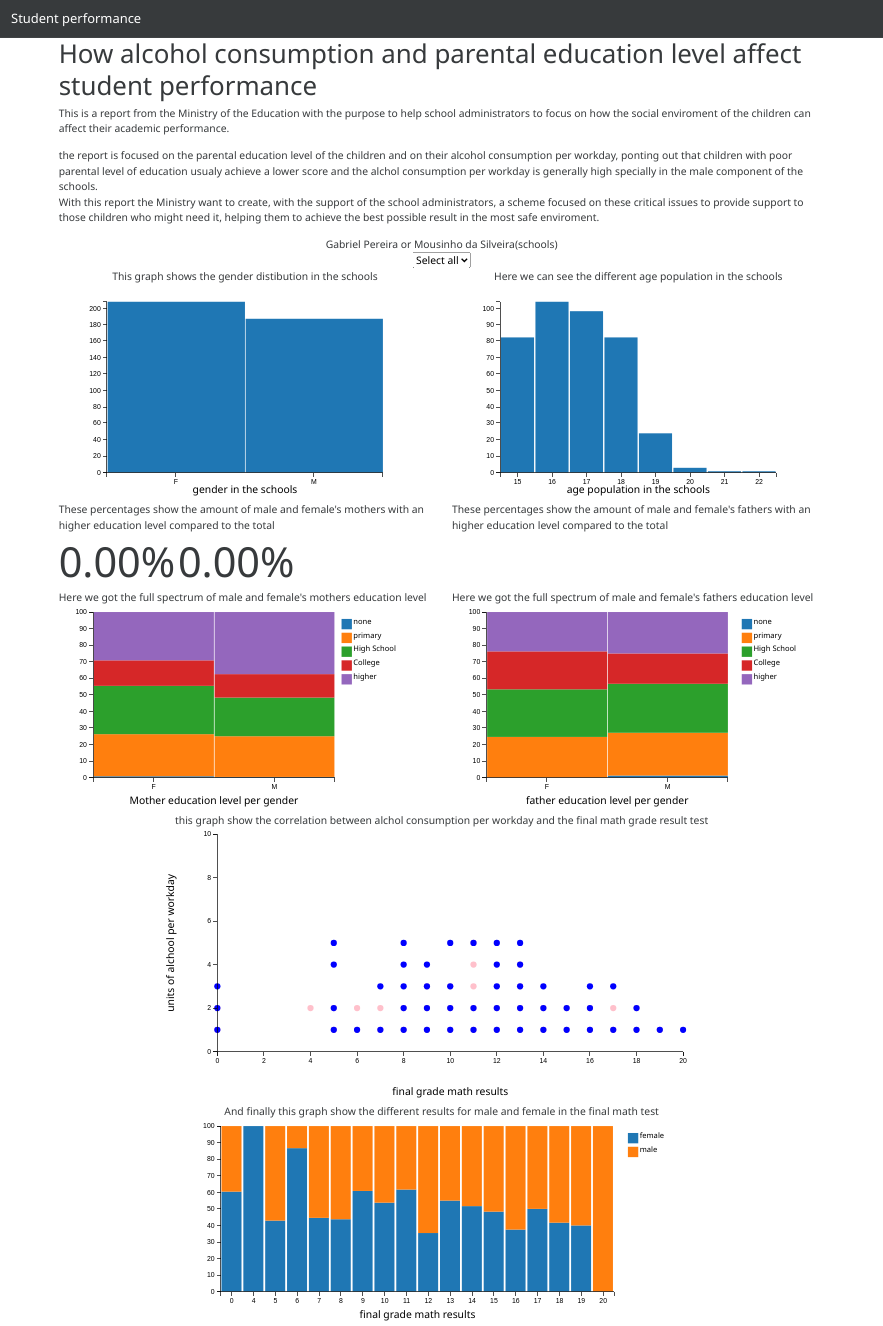
Repository: Baal89/second-milestone-project
Page: index.html
The author's editor kept a record of every edit. The page is drawn from the files as they stood at one moment, then again after the next edit.
The browser window is 1280 px wide. The pictures show the whole page, at 69% of full size.
Some web libraries are served in a nearby version.

Above is the page before.

### index.html
<!DOCTYPE html>
<html>

<head>
    <meta charset="UTF-8">
    <meta name="viewport" content="width=device-width, initial-scale=1.0">
    <meta http-equiv="X-UA-Compatible" content "ie=edge">
    <title>Student Performance</title>

    <link rel="stylesheet" href="static/css/bootstrap.min.css" type="text/css" />
    <link rel="stylesheet" href="static/css/dc.min.css" type="text/css" />
    <link rel="stylesheet" href="static/css/style.css" type="text/css" />

    <script type="text/javascript" src="static/js/d3.min.js"></script>
    <script type="text/javascript" src="static/js/crossfilter.min.js"></script>
    <script type="text/javascript" src="static/js/dc.min.js"></script>
    <script type="text/javascript" src="static/js/queue.min.js"></script>
    <script type="text/javascript" src="static/js/graph.js"></script>

</head>

<body>
    <nav class="navbar navbar-expand-lg navbar-dark bg-dark">
        <a class="navbar-brand" href="#">Student performance</a>
    </nav>

    <main>
        <article class="container">
            <header>
                <h1>How alcohol consumption and parental education level affect student performance</h1>
                <p>This is a report from the Ministry of the Education with the purpose to help school administrators to focus on how the social enviroment of the children can affect their academic performance.</p>
            </header>
            <p>the report is focused on the parental education level of the children and on their alcohol consumption per workday, ponting out that children with poor parental level of education usualy achieve a lower score and the alchol consumption per
                workday is generally high specially in the male component of the schools.<br> With this report the Ministry want to create, with the support of the school administrators, a scheme focused on these critical issues to provide support to
                those children who might need it, helping them to achieve the best possible result in the most safe enviroment.
            </p>
        </article>

        <section class="section">
            <div class="container">

                <div class="row">
                    <div class="col-12 col-md-12 text-center">Gabriel Pereira or Mousinho da Silveira(schools)</div>
                </div>
                <div class="row">
                    <div class="col-12 col-md-12 text-center" id="discipline-selector"></div>
                </div>
            </div>
        </section>


        <section class="section">
            <div class="container">

                <div class="row">
                    <div class="col-12 col-md-6 text-center">
                        <p>This graph shows the gender distibution in the schools</p>
                    </div>
                    <div class="col-12 col-md-6 text-center">
                        <p>Here we can see the different age population in the schools</p>
                    </div>
                </div>

                <div class="row">
                    <div class="col-12 col-md-6 text-center" id="sex-distribution"></div>
                    <div class="col-12 col-md-6 text-center" id="age-distribution"></div>
                </div>
            </div>
        </section>


        <section class="section">
            <div class="container">

                <div class="row">
                    <div class="col-6">These percentages show the amount of male and female's mothers with an higher education level compared to the total</div>
                    <div class="col-6">These percentages show the amount of male and female's fathers with an higher education level compared to the total</div>
                </div>
                <div class="row">
                    <div class="col-6">
                        <i class="fas fa-graduation-cap" aria-hidden="true"></i><span class="number-box" id="percentage-of-female-mother-higher-education"></span>
                        <i class="fas fa-graduation-cap" aria-hidden="true"></i><span class="number-box" id="percentage-of-male-mother-higher-education"></span>
                    </div>
                    <div class="col-6">
                        <div class="number-box" id="percentage-of-female-father-higher-education"></div>
                        <div class="number-box" id="percentage-of-male-father-higher-education"></div>
                    </div>
                </div>
            </div>
        </section>



        <section class="section">
            <div class="container">

                <div class="row">
                    <div class="col-md-6">Here we got the full spectrum of male and female's mothers education level</div>
                    <div class="col-md-6">Here we got the full spectrum of male and female's fathers education level</div>
                </div>
                <div class="row">
                    <div class="col-md-6" id="mother-education"></div>
                    <div class="col-md-6" id="father-education"></div>
                </div>
            </div>
        </section>


        <section class="section">
            <div class="container">

                <div class="row">
                    <div class="col-12 text-center">this graph show the correlation between alchol consumption per workday and the final math grade result test</div>
                </div>
                <div class="row">
                    <div class="col-12 text-center" id="workday-alcohol-graduation"></div>
                </div>
            </div>
        </section>


        <section class="section">
            <div class="container">

                <div class="row">
                    <div class="col-12 text-center">And finally this graph show the different results for male and female in the final math test</div>
                </div>
                <div class="row">
                    <div class="col-12 text-center" id="student-performance"></div>
                </div>
            </div>
        </section>

    </main>
</body>

</html>

### static/css/style.css
.number-box {
    font-size: 60px;
    text-align: center;
    line-height: normal;
}

### static/js/graph.js
queue()
    .defer(d3.csv, "data/student-mat.csv")
    .await(makeGraphs);

function makeGraphs(error, performanceData) {
    var ndx = crossfilter(performanceData);

    performanceData.forEach(function(d) {
        d.G3 = parseInt(d.G3);
    });

    show_discipline_selector(ndx);

    show_sex_distribution(ndx);
    show_age_distribution(ndx);
    show_mother_education(ndx);
    show_father_education(ndx);

    show_percent_higher_education(ndx, "F", "#percentage-of-female-mother-higher-education");
    show_percent_higher_education(ndx, "M", "#percentage-of-male-mother-higher-education");
    //show_percent_father_higher_education(ndx);

    show_performance_to_workday_alcohol_cosumption(ndx);

    show_student_performance(ndx);

    dc.renderAll();
}

function show_discipline_selector(ndx) {
    var dim = ndx.dimension(dc.pluck("discipline"));
    var group = dim.group();

    dc.selectMenu("#discipline-selector")
        .dimension(dim)
        .group(group);
}

function show_sex_distribution(ndx) {
    var dim = ndx.dimension(dc.pluck("sex"));
    var group = dim.group();

    dc.barChart("#sex-distribution")
        .width(500)
        .height(300)
        .margins({ top: 10, right: 50, bottom: 30, left: 50 })
        .dimension(dim)
        .group(group)
        .transitionDuration(500)
        .x(d3.scale.ordinal())
        .xUnits(dc.units.ordinal)
        .elasticY(true)
        .xAxisLabel("gender in the schools")
        .yAxis().ticks(10);
}

function show_age_distribution(ndx) {
    var dim = ndx.dimension(dc.pluck("age"));
    var group = dim.group();

    dc.barChart("#age-distribution")
        .width(500)
        .height(300)
        .margins({ top: 10, right: 50, bottom: 30, left: 50 })
        .dimension(dim)
        .group(group)
        .transitionDuration(500)
        .x(d3.scale.ordinal())
        .xUnits(dc.units.ordinal)
        .elasticY(true)
        .xAxisLabel("age population in the schools")
        .yAxis().ticks(10);
}

function show_mother_education(ndx) {

    function motherEducation(dimension, Medu) {
        return dimension.group().reduce(
            function(p, v) {
                p.total++;
                if (v.Medu == Medu) {
                    p.match++;
                }
                return p;
            },
            function(p, v) {
                p.total--;
                if (v.Medu == Medu) {
                    p.match--;
                }
                return p;
            },
            function() {
                return { total: 0, match: 0 };
            }
        );

    }
    var dim = ndx.dimension(dc.pluck("sex"));
    var noneMotherEducation = motherEducation(dim, "0");
    var firstMotherEducation = motherEducation(dim, "1");
    var secondaryMotherEducation = motherEducation(dim, "2");
    var secondaryGradeMotherEducation = motherEducation(dim, "3");
    var higherMotherEducation = motherEducation(dim, "4");


    dc.barChart("#mother-education")
        .width(500)
        .height(300)
        .dimension(dim)
        .group(noneMotherEducation, "none")
        .stack(secondaryGradeMotherEducation, "primary")
        .stack(secondaryMotherEducation, "High School")
        .stack(firstMotherEducation, "College")
        .stack(higherMotherEducation, "higher")
        .valueAccessor(function(d) {
            if (d.value.total > 0) {
                return (d.value.match / d.value.total) * 100;
            }
            else {
                return 0;
            }
        })
        .x(d3.scale.ordinal())
        .xUnits(dc.units.ordinal)
        .xAxisLabel("Mother education level per gender")
        .legend(dc.legend().x(410).y(20).itemHeight(15).gap(5))
        .margins({ top: 10, right: 100, bottom: 50, left: 50 });
}

function show_father_education(ndx) {

    function fatherEducation(dimension, Fedu) {
        return dimension.group().reduce(
            function(p, v) {
                p.total++;
                if (v.Fedu == Fedu) {
                    p.match++;
                }
                return p;
            },
            function(p, v) {
                p.total--;
                if (v.Fedu == Fedu) {
                    p.match--;
                }
                return p;
            },
            function() {
                return { total: 0, match: 0 };
            }
        );

    }
    var dim = ndx.dimension(dc.pluck("sex"));
    var noneFatherEducation = fatherEducation(dim, "0");
    var firstFatherEducation = fatherEducation(dim, "1");
    var secondaryFatherEducation = fatherEducation(dim, "2");
    var secondaryGradeFatherEducation = fatherEducation(dim, "3");
    var higherFatherEducation = fatherEducation(dim, "4");


    dc.barChart("#father-education")
        .width(500)
        .height(300)
        .dimension(dim)
        .group(noneFatherEducation, "none")
        .stack(secondaryGradeFatherEducation, "primary")
        .stack(secondaryFatherEducation, "High School")
        .stack(firstFatherEducation, "College")
        .stack(higherFatherEducation, "higher")
        .valueAccessor(function(d) {
            if (d.value.total > 0) {
                return (d.value.match / d.value.total) * 100;
            }
            else {
                return 0;
            }
        })
        .x(d3.scale.ordinal())
        .xUnits(dc.units.ordinal)
        .xAxisLabel("father education level per gender")
        .legend(dc.legend().x(420).y(20).itemHeight(15).gap(5))
        .margins({ top: 10, right: 100, bottom: 50, left: 50 });
}

function show_percent_higher_education(ndx, gender, element) {
    var percentageMotherHigherEducation = ndx.groupAll().reduce(
        function(p, v) {
            if (v.sex === gender) {
                p.count++;
                if(v.rank === "4") {
                    p.are_higher++;
                }
            }
            return p;
        },
        function(p, v) {
            if (v.sex === gender) {
                p.count--;
                if(v.rank === "4") {
                    p.are_higher--;
                }
            }
            return p;
        },
        function() {
            return {count: 0, are_higher: 0};
        },
    );
   dc.numberDisplay(element)
        .formatNumber(d3.format(".2%"))
        .valueAccessor(function (d) {
            if (d.count == 0) {
                return 0;
            } else {
                return (d.are_higher / d.count);
            }
        })
        .group(percentageMotherHigherEducation);
}

function show_performance_to_workday_alcohol_cosumption(ndx) {

    var genderColors = d3.scale.ordinal()
        .domain(["Female", "Male"])
        .range(["pink", "blue"]);

    var performanceDim = ndx.dimension(dc.pluck("G3"))
    var consumptionDim = ndx.dimension(function(d) {
        return [d.G3, d.Dalc, d.sex];
    });
    var workDayConsumptionGroup = consumptionDim.group();

    var minPerformance = performanceDim.bottom(1)[0].G3;
    var maxPerformance = performanceDim.top(1)[0].G3;

    dc.scatterPlot("#workday-alcohol-graduation")
        .width(800)
        .height(400)
        .x(d3.scale.linear().domain([minPerformance, maxPerformance]))
        .y(d3.scale.linear().domain([0, 10]))
        .brushOn(false)
        .symbolSize(8)
        .clipPadding(5)
        .xAxisLabel("")
        .title(function(d) {
            return "Work day Consumption: " + d.key[1] + " units";
        })
        .colors(genderColors)
        .colorAccessor(function(d) {
            return d.key[2];
        })
        .dimension(consumptionDim)
        .group(workDayConsumptionGroup)
        .xAxisLabel("final grade math results")
        .yAxisLabel("units of alchool per workday")
        .margins({ top: 10, right: 50, bottom: 75, left: 75 })
        .yAxis().ticks(5);
}


function show_student_performance(ndx) {

    function schoolPerformance(dimension, sex) {
        return dimension.group().reduce(
            function(p, v) {
                p.total++;
                if (v.sex == sex) {
                    p.match++;
                }
                return p;
            },
            function(p, v) {
                p.total--;
                if (v.sex == sex) {
                    p.match--;
                }
                return p;
            },
            function() {
                return { total: 0, match: 0 };
            }
        );
    }

    var dim = ndx.dimension(dc.pluck("G3"));
    var femalePerformance = schoolPerformance(dim, "F");
    var malePerformance = schoolPerformance(dim, "M");

    dc.barChart("#student-performance")
        .width(700)
        .height(300)
        .dimension(dim)
        .group(femalePerformance, "female")
        .stack(malePerformance, "male")
        .valueAccessor(function(d) {
            if (d.value.total > 0) {
                return (d.value.match / d.value.total) * 100;
            }
            else {
                return 0;
            }
        })
        .x(d3.scale.ordinal())
        .xUnits(dc.units.ordinal)
        .xAxisLabel("final grade math results")
        .legend(dc.legend().x(620).y(20).itemHeight(15).gap(5))
        .margins({ top: 10, right: 100, bottom: 50, left: 30 });
}

Loaded but not shown: static/css/bootstrap.min.css (library); static/css/dc.min.css (library); static/js/d3.min.js (library); static/js/crossfilter.min.js (library); static/js/dc.min.js (library); static/js/queue.min.js (common file)

After the next edit:
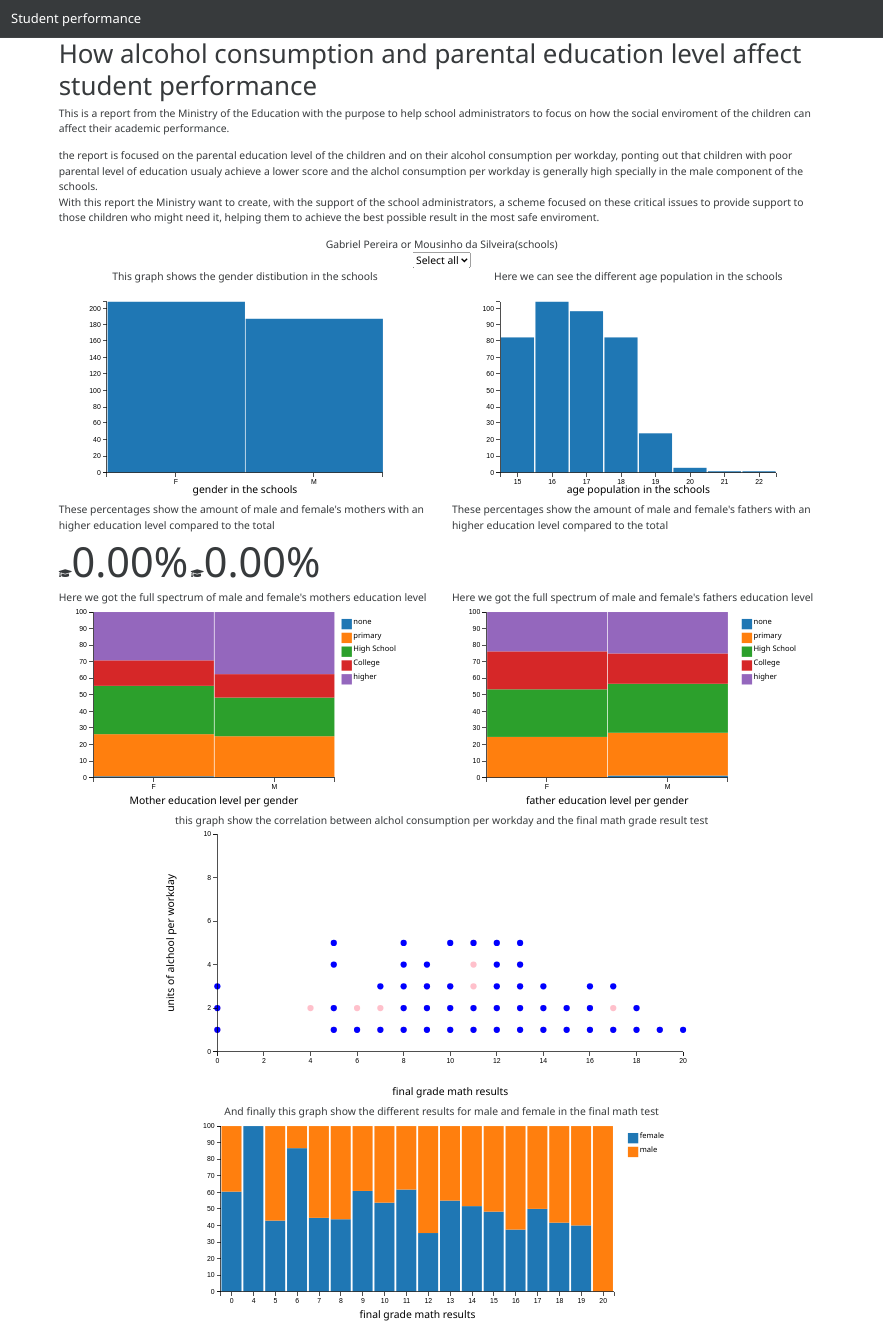
The edit:
--- a/index.html
+++ b/index.html
@@ -9,6 +9,7 @@
 
     <link rel="stylesheet" href="static/css/bootstrap.min.css" type="text/css" />
     <link rel="stylesheet" href="static/css/dc.min.css" type="text/css" />
+    <link rel="stylesheet" type="text/css" href="https://cdnjs.cloudflare.com/ajax/libs/font-awesome/5.10.2/css/all.css">
     <link rel="stylesheet" href="static/css/style.css" type="text/css" />
 
     <script type="text/javascript" src="static/js/d3.min.js"></script>
